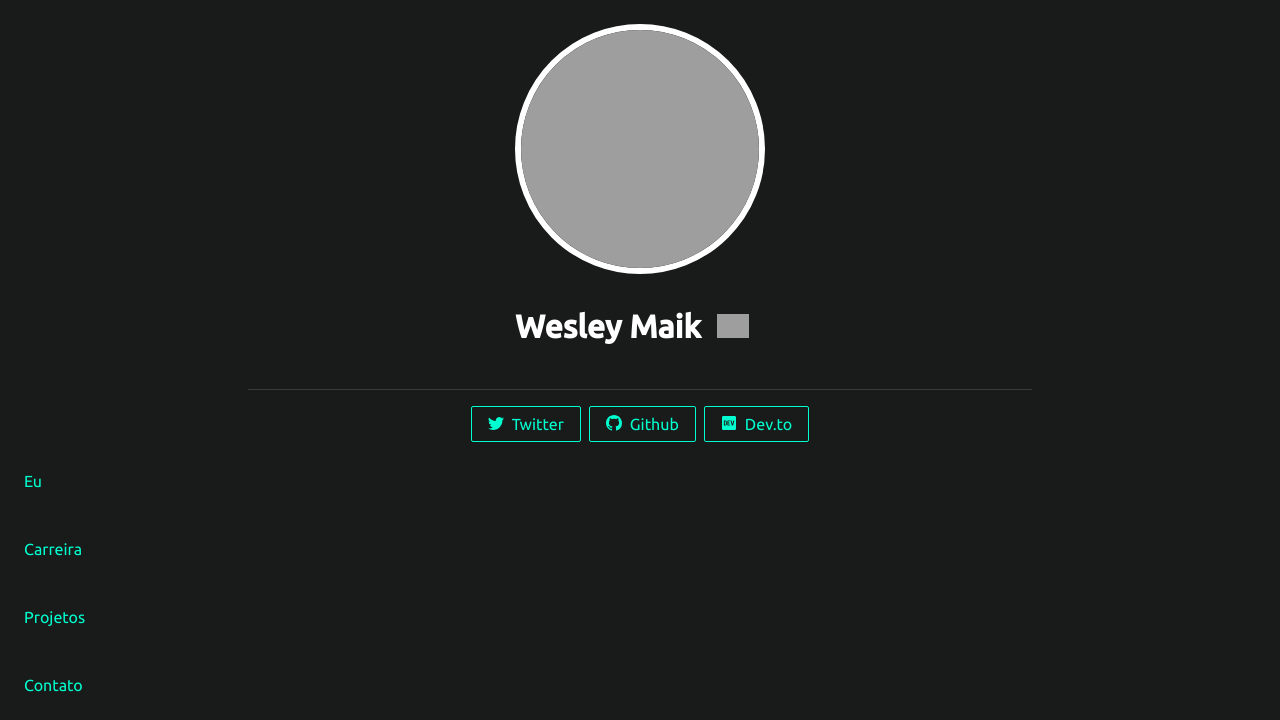
Repository: WesleyMaik/wesleymaik.github.io
Page: /
The author's editor kept a copy of each file at every save. The page is drawn from the files as they stood at one save, then again after the next save.
The browser window is 1280 px wide. The pictures show the whole page.
Pictures or frames that could not be fetched are drawn as grey boxes. The project was rebuilt for these pictures with package versions that can differ from the ones it lists, and the page was loaded fresh each time. Also part of the build but not shown: vite.config.ts.

Above is the page before, as saved 2022-08-08 09:22:30.

After the next save:
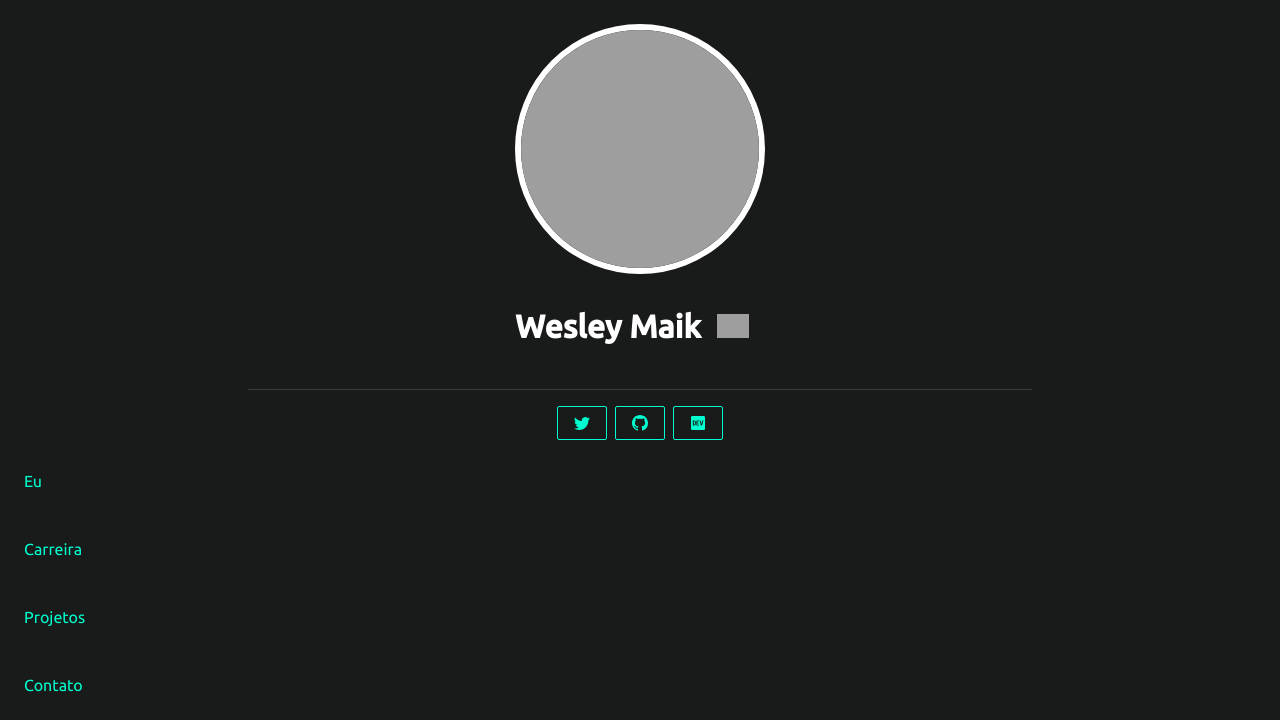
Saved 4 s later.
--- a/src/components/template/header.tsx
+++ b/src/components/template/header.tsx
@@ -37,7 +37,7 @@
                 />
             </h1>
             <hr />
-            <Social name/>
+            <Social />
         </Header>
     )
 };

After the save that followed:
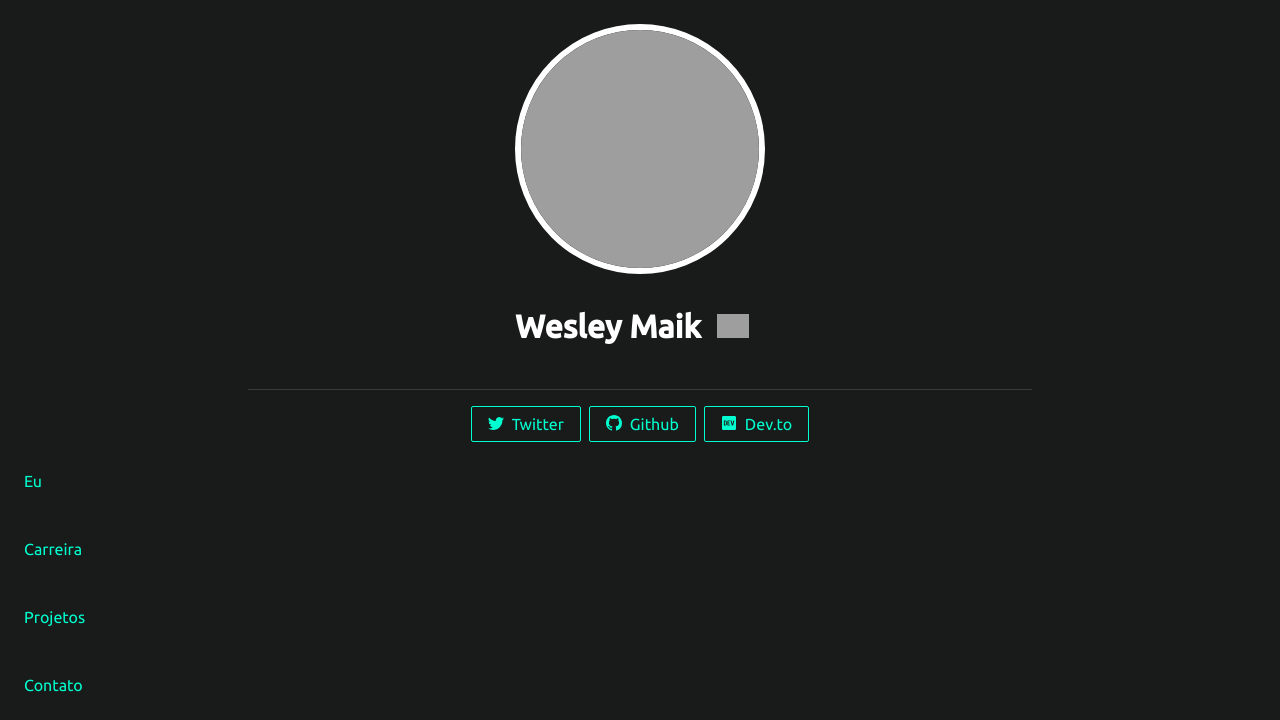
Saved 10 s later.
--- a/src/components/template/header.tsx
+++ b/src/components/template/header.tsx
@@ -37,7 +37,7 @@
                 />
             </h1>
             <hr />
-            <Social />
+            <Social name/>
         </Header>
     )
 };
